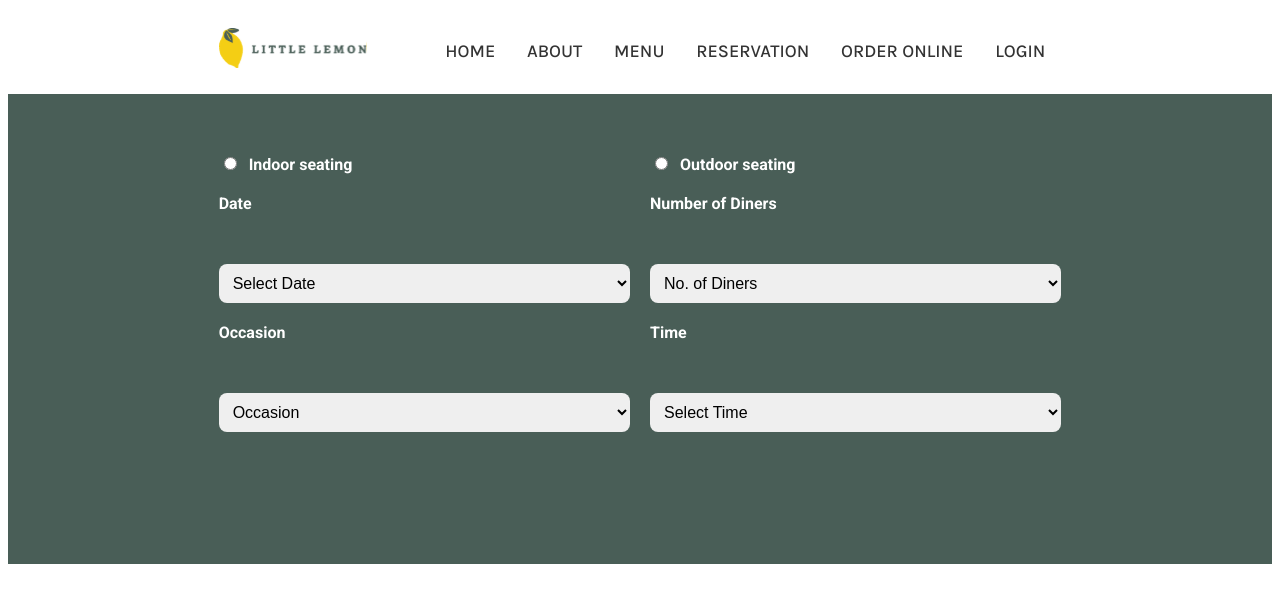
Repository: Yeshwanth-189/little-lemon
Page: /reservation (app in little-lemon/)
The author's editor kept a copy of each file at every save. The page is drawn from the files as they stood at one save, then again after the next save.
The browser window is 1280 px wide. The pictures show the whole page.
The project was rebuilt for these pictures with package versions that can differ from the ones it lists, and the page was loaded fresh each time. Also part of the build but not shown: little-lemon/src/index.css, little-lemon/src/components/Hero/Hero.css, little-lemon/src/components/Hero/Hero.jsx, little-lemon/src/components/Specials/Specials.css, little-lemon/src/components/Specials/Specials.jsx, little-lemon/src/components/Testimonials/Testimonials.css, little-lemon/src/components/Testimonials/Testimonials.jsx, little-lemon/src/components/About/About.css and 3 more.

Above is the page before, as saved 2025-04-26 22:29:15.

After the next save:
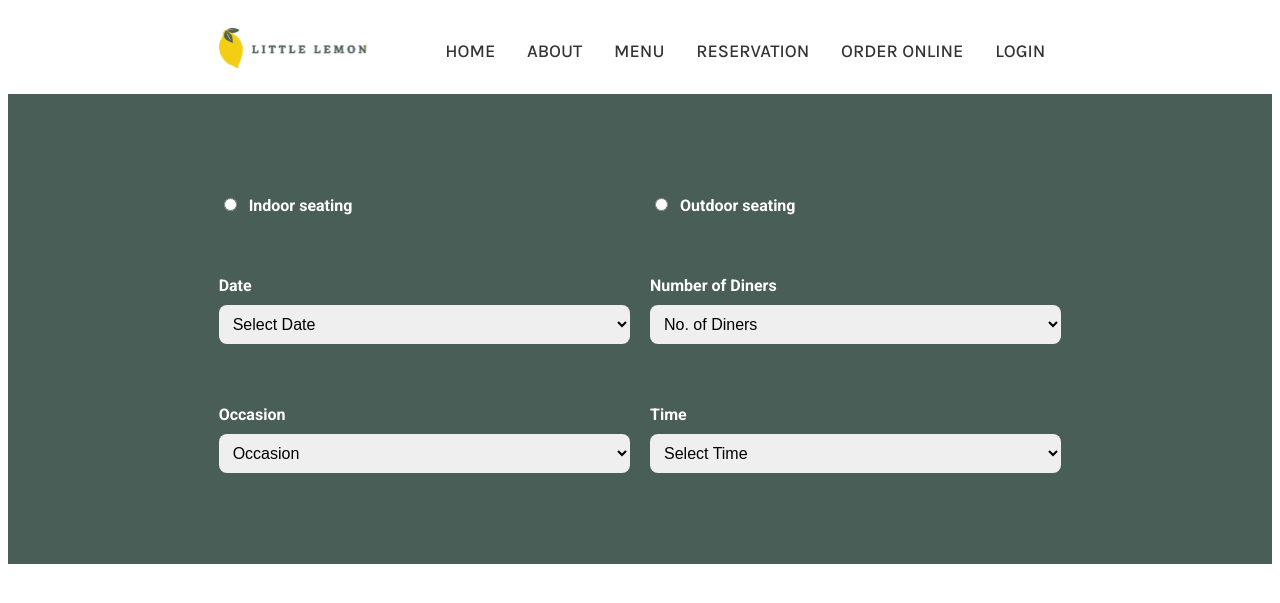
Saved 19 s later.
--- a/little-lemon/src/components/Reservation/Reservation.css
+++ b/little-lemon/src/components/Reservation/Reservation.css
@@ -50,13 +50,13 @@
   border-radius: 8px;
   border: none;
   font-size: 16px;
-  margin-top: 10%;
 }
 
 /* Labels */
 .reservation-col label {
   font-size: 16px;
   font-weight: bold;
+  margin-top: 10%;
 }
 
 /* MOBILE RESPONSIVE */
